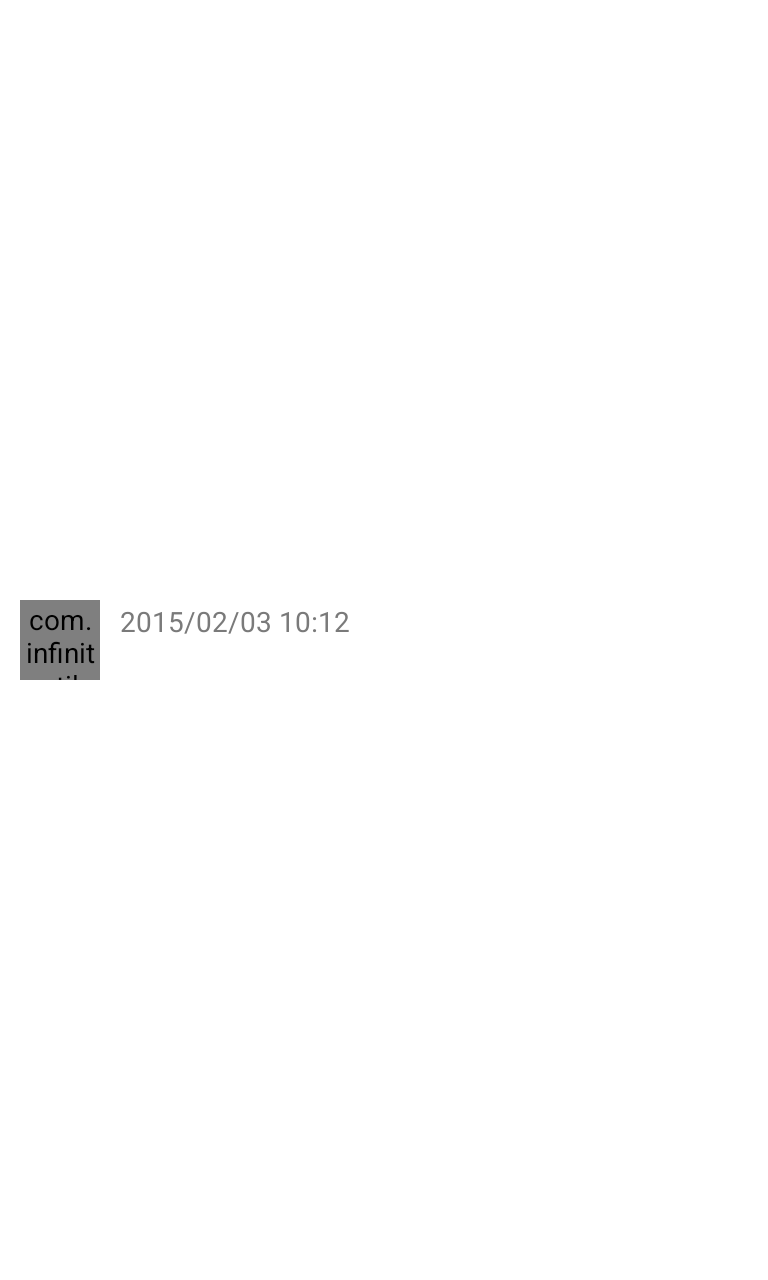
Repository: Chion82/WeFriends
Layout: WeFriends/res/layout/contact_list_item_view.xml
The author's editor kept a copy of each file at every save. The layout is drawn from the files as they stood at one save, then again after the next save.
Pictures or frames that could not be fetched are drawn as grey boxes. It is drawn on a 768 x 1280 px phone screen (xhdpi) without system bars, with theme android:Theme.Holo; the app's code is not run.

Above is the layout before, as saved 2015-03-13 03:02:18.

After the next save:
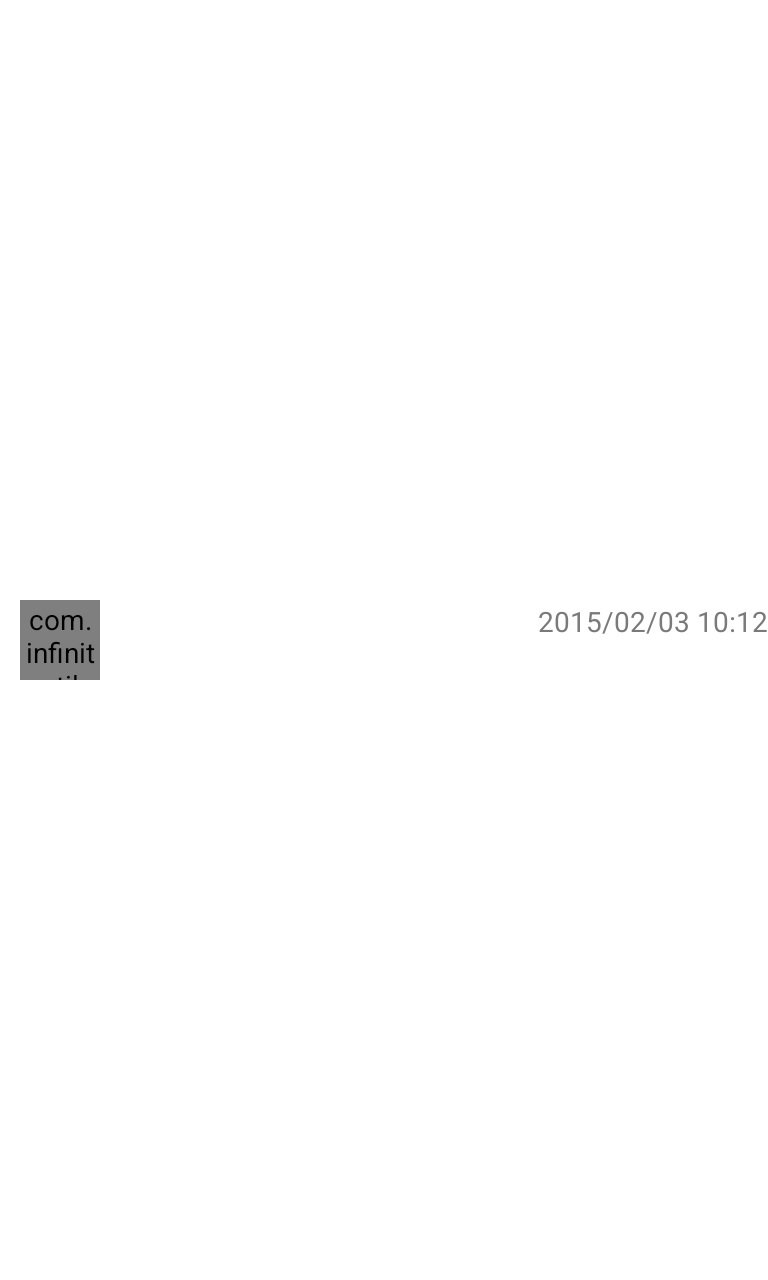
Saved 11 s later.
--- a/WeFriends/res/layout/contact_list_item_view.xml
+++ b/WeFriends/res/layout/contact_list_item_view.xml
@@ -35,13 +35,13 @@
 	        android:layout_height="wrap_content">
 		    <TextView android:id="@+id/contact_list_item_view_main_title"
 		        android:layout_height="wrap_content"
-		        android:layout_width="match_parent"
+		        android:layout_width="wrap_content"
 		        android:textColor="#000000"
 		        android:singleLine="true"
 		        android:layout_alignParentLeft="true" />
 		    <TextView android:id="@+id/contact_list_item_view_time"
 		        android:layout_height="wrap_content"
-		        android:layout_width="match_parent"
+		        android:layout_width="wrap_content"
 		        android:textColor="#7A7A7A"
 		        android:singleLine="true"
 		        android:layout_alignParentRight="true"
